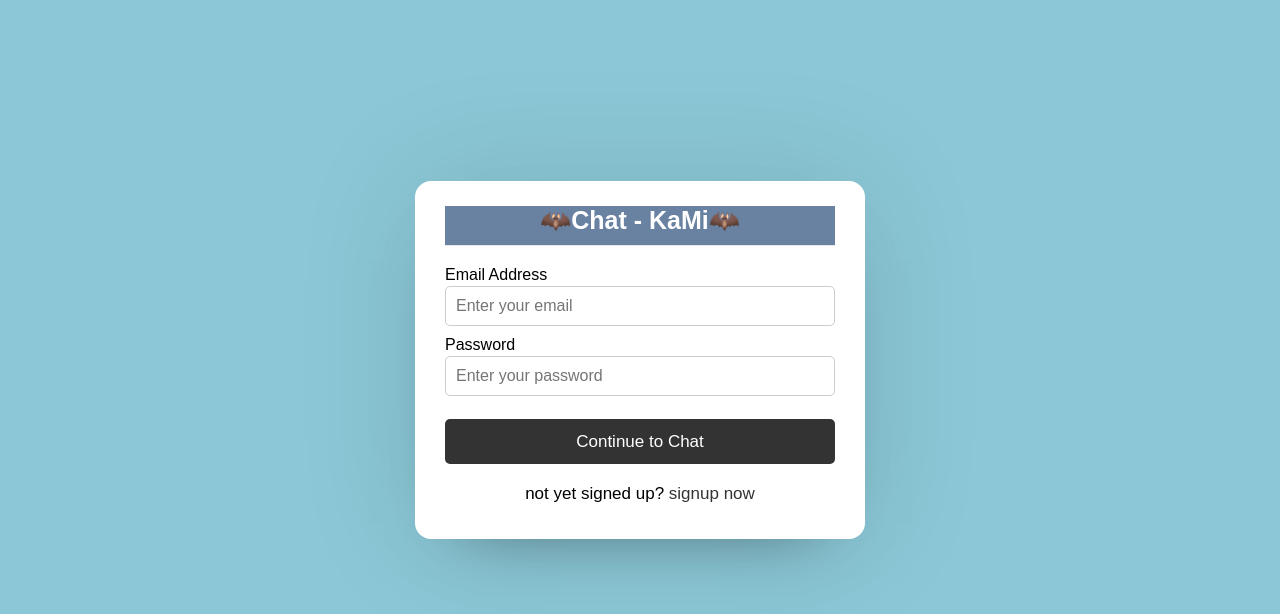
Repository: kananavy/CONQUER
Page: http://localhost/login.php
The author's editor kept a copy of each file at every save. The page is drawn from the files as they stood at one save, then again after the next save.
The browser window is 1280 px wide. The pictures show the whole page.
The page is run by PHP 8.4 with error messages shown; the project is at /var/www/html/.

Above is the page before, as saved 2023-01-21 00:23:01.

### login.php
<?php
session_start();
if(isset($_SESSION['unique_id'])){ //if user logged in
    header("location: user.php");
}
?>
<?php include_once "header.php"; ?>
<body>
    <div class="wrapper">
        <section class="form login">
            <header>🦇Chat - KaMi🦇</header>
            <form action="#"  autocomplete="off">
                <div class="error-txt"></div>
                    <div class="field input">
                        <label>Email Address</label>
                        <input type="email" name="email" placeholder="Enter your email" >
                    </div>
                    <div class="field input">
                        <label>Password</label>
                        <input type="password" name="password" placeholder="Enter your password" >
                        <i class="fas fa-eye"></i>
                    </div>
                    <div class="field button">
                        <input type="submit" value="Continue to Chat">
                    </div>
            </form>
            <div class="link">not yet signed up? <a href="index.php">signup now</a></div>
        </section>
    </div>
    <script src="javascript/login.js"></script>
</body>
</html>

### header.php
<!DOCTYPE html>
<html lang="en">
<head>
    <meta charset="UTF-8">
    <meta http-equiv="X-UA-Compatible" content="IE=edge">
    <meta name="viewport" content="width=device-width, initial-scale=1.0">
    <title>Teste</title>
    <link rel="stylesheet" href="chat.css">
</head>

### chat.css
*{
    margin: 0;
    padding: 0;
    box-sizing: border-box;
    text-decoration: none;
    font-family: 'Poppins', sans-serif;
}
body{
    display: flex;
    align-items: center;
    justify-content: center;
    min-height: 100vh;
    background: #8bc7d6;
    /* background-color: rgb(71, 182, 202); */
}
.wrapper{
    background: #fff;
    width: 450px;
    border-radius: 16px;
    box-shadow: 0 0 128px 0 rgba(0, 0, 0, 0.1),
                0 32px 64px -48px rgba(0, 0, 0, 0.5);
}

/*signup Form CSS code */
.form{
    padding: 25px 30px ;
}
.form header{
    font-size: 25px;
    font-weight: 600;
    padding-bottom: 10px;
    border-bottom: 1px solid #e6e6e6;
    color: rgb(255, 255, 255);
    text-align: center;
    background-color: rgba(41, 76, 122, 0.699);

}
.form form{
    margin: 20px 0;
}
.form form .error-txt{
    color: #721c24;
    background: #f8d7da;
    padding: 8px 10px;
    text-align: center;
    border-radius: 5px;
    margin-bottom: 10px;
    border: 1px solid #f5c6cb;
    display: none;
}
.form form .name-details{
    display: flex;
}
form .name-details .field:first-child{
    margin-right: 10px;
}
form .name-details .field:last-child{
    margin-left: 10px;
}
.form form .field{
    display: flex;
    flex-direction: column;
    margin-bottom: 10px;
}
.form form .field label{
    margin-bottom: 2px;
}
.form form .field input{
    outline: none;
}
.form form .input input{
    height: 40px;
    width: 100%;
    font-size:16px;
    padding: 0 10px;
    border: 1px solid#ccc;
    border-radius: 5px;
}
.form form .image input{
    font-size: 17px;
}
.form form .button input{
    margin-top: 13px;
    height: 45px;
    border: none;
    font-size: 17px;
    font-weight: 400;
    background: #333;
    color: #fff;
    border-radius: 5px;
    cursor: pointer;
}
.form .link{
    text-align: center;
    margin: 10px 0;
    font-size: 17px;
}
.form .link a{
    color: #333;
}
.form .link a:hover{
    text-decoration: underline;
}

/* Users Area CSS code */
.users{
    padding: 25px 30px;
}
.users header,
.users-list a{
    display: flex;
    align-items: center;
    padding-bottom: 20px;
    justify-content: space-between;
    border-bottom: 1px solid #e6e6e6;
}
.wrapper img{
    object-fit: cover;
    border-radius: 50%;
}
:is(.users, .users-list) .content{
    display: flex;
    align-items: center;
}
.users header .content img{
    height: 50px;
    width: 60px;
}
:is(.users, .users-list) .details{
    color: #000;
    margin-left: 15px;
}
:is(.users, .users-list) .details span{
    font-size:18px ;
    font-weight: 500;
}
.users header .logout{
  color: #fff;
  font-size: 17px;
  padding: 7px 15px;
  background: #333;
  border-radius: 5px;
}
.users .search{
    margin: 20px 0;
    display: flex;
    position: relative;
    align-items: center;
    justify-content: space-between;
}
.users .search .text{
    font-size: 18px;
}
.users .search input{
    position: absolute;
    height: 42px;
    width: calc(100% - 50px);
    border: 1px solid #ccc;
    padding: 0 13px ;
    font-size: 16px;
    border-radius: 5px 0 0 5px;
    outline: none;
    opacity: 0;
    pointer-events: none;
    transition: all 0.3s ease;
}
.users .search input.active{
    opacity: 1;
    pointer-events: auto;
}
.users .search button{
    width: 47px;
    height: 42px;
    border: none;
    outline: none;
    color: #333;
    background: #fff;
    cursor: pointer;
    font-size: 17px;
    border-radius: 0 5px 5px 0;
    transition: all 0.2s ease;

}
.users .search button.active{
    color: #fff;
    background: #333;
}
.users-list{
    max-height: 300px;
    overflow: auto;
}
:is(.users-list, .chat-box)::-webkit-scrollbar{
    width: 0px;

}
.users-list a{
    padding-right: 15px;
    margin-bottom: 15px;
    padding-right: 10px;
}
.users-list a .content img{
    height: 40px;
    width: 40px;
    border-bottom-color: #f1f1f1;
}
.users-list a .content p{
    color: #67676a;
}
.users-list a:last-child{
    border:none;
    margin-bottom: 0px;
}
.users-list a .status-dot{
    font-size: 15px;
    color: #05b43f;
}
/* We'll use this class name in phpto show offline status */
.users-list a .status-dot.offline{
   color: rgb(43, 32, 32);
   visibility: hidden;
}

/* Chat Area VSS code */
.chat-area header{
    display: flex;
    align-items: center;
    padding: 18px 30px;
}
.chat-area header .back-icon{
    font-size: 18px;
    color: #333;
}
.chat-area header img{
    height: 45px;
    width: 45px;
    margin: 0 15px;
}
.chat-area header span{
    font-size: 17px;
    font-weight: 500;
}
.chat-box{
    height: 400px;
    overflow: auto;
    background: #f7f7f7;
    padding: 10x 30px 20px 30px;
    box-shadow: inset 0 32px 32px -32px rgb(0 0 0 /5%),
                inset 0 32px 32px -32px rgb(0 0 0 /5%);
}
.chat-box .chat{
    margin: 15px 0;
}
.chat-box .chat p{
    word-wrap: break-word;
   padding: 8px 16px;
   box-shadow: 0 0 32px rgb(0 0 0 / 8%),
                0 16px 16px -16px rgb(0 0 0 / 10%);
}
.chat-box .outgoing{
    display: flex;
    align-items: flex-end;
}
.outgoing .details{
    margin-left: 10px;
    margin-right: auto;
    max-width: calc(100% - 130px);
}
.outgoing .details p{
    background: rgb(52, 51, 134);
    color: #fff;
    border-radius: 18px 18px 18px 0;
}
.chat-box .incoming{
    display: flex;
    /* align-items: flex-end; */
}
.chat-box .outgoing img{
    height: 35px;
    width: 35px;
}
.incoming .details{
    margin-right: 10px;
    margin-left: auto;
    max-width: calc(100% - 130px);
}
.incoming .details{
    background: #333;
    color: #fff;
    border-radius: 18px 18px 0 18px;
}
.chat-area .typing-area{
    padding: 18px 30px;
    display: flex;
    justify-content: space-between;
}
.typing-area input{
    height: 45px;
    width: calc(100% - 58px);
    font-size: 17px;
    border: 1px solid #ccc;
    padding: 0 13px;
    border-radius: 5px 0 0 5px;
    outline: none;
}
.typing-area button{
    width: 55px;
    border: none;
    outline: none;
    background: #333;
    color: #fff;
    border-radius: 0 5px 5px 0;
}

### javascript/login.js
const form = document.querySelector(".login form"),
continueBtn = form.querySelector(".button input"),
errorText = form.querySelector(".error-txt");

form.onsubmit = (e)=>{
    e.preventDefault(); //preventing form form submitting
}

continueBtn.onclick = ()=>{
// let's start Ajax
    let xhr = new XMLHttpRequest(); //creating XML object
    xhr.open("POST", "php/login.php", true);
    xhr.onload = ()=>{
        if(xhr.readyState === XMLHttpRequest.DONE){
            if(xhr.status === 200){
                let data = xhr.response;
                console.log(data);
                if(data == "success"){
                    location.href = "user.php";
                }else{
                    errorText.textContent = data;
                    errorText.style.display = "block";
                }
            }
        }
    }
    // we have to send the form date thought ajax to php
    let formData = new FormData(form); //crating new formData Object
    xhr.send(formData); //Sending the form data to php
}

After the next save:
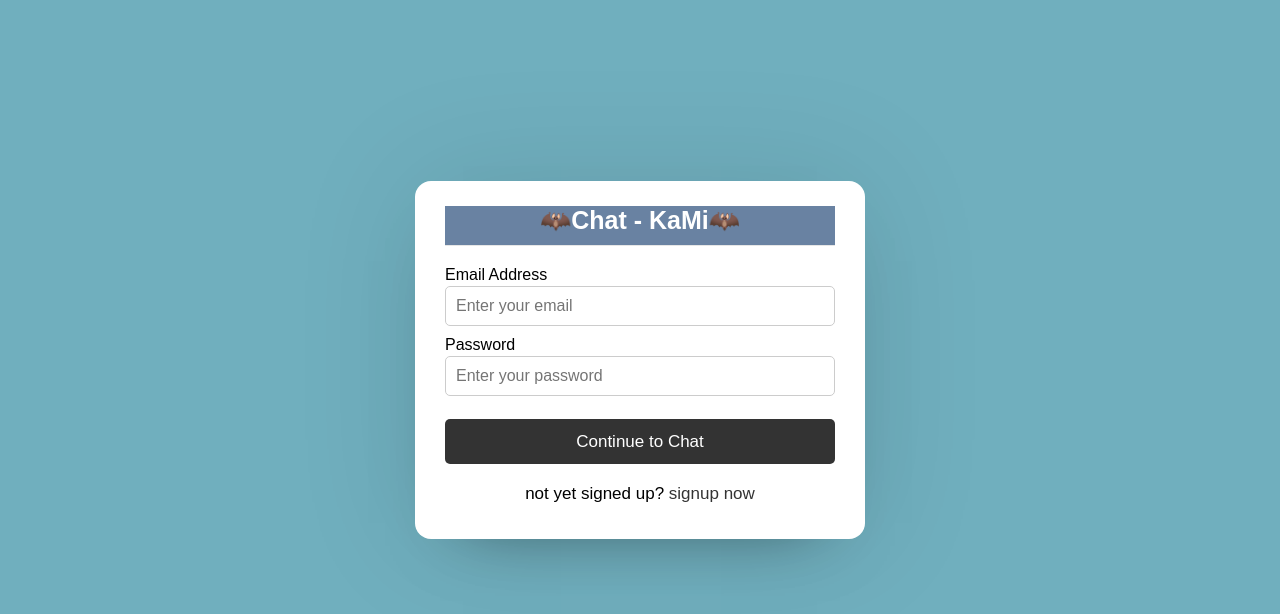
Saved 8 s later.
--- a/chat.css
+++ b/chat.css
@@ -10,7 +10,7 @@ body{
     align-items: center;
     justify-content: center;
     min-height: 100vh;
-    background: #8bc7d6;
+    background: #70afbe;
     /* background-color: rgb(71, 182, 202); */
 }
 .wrapper{
